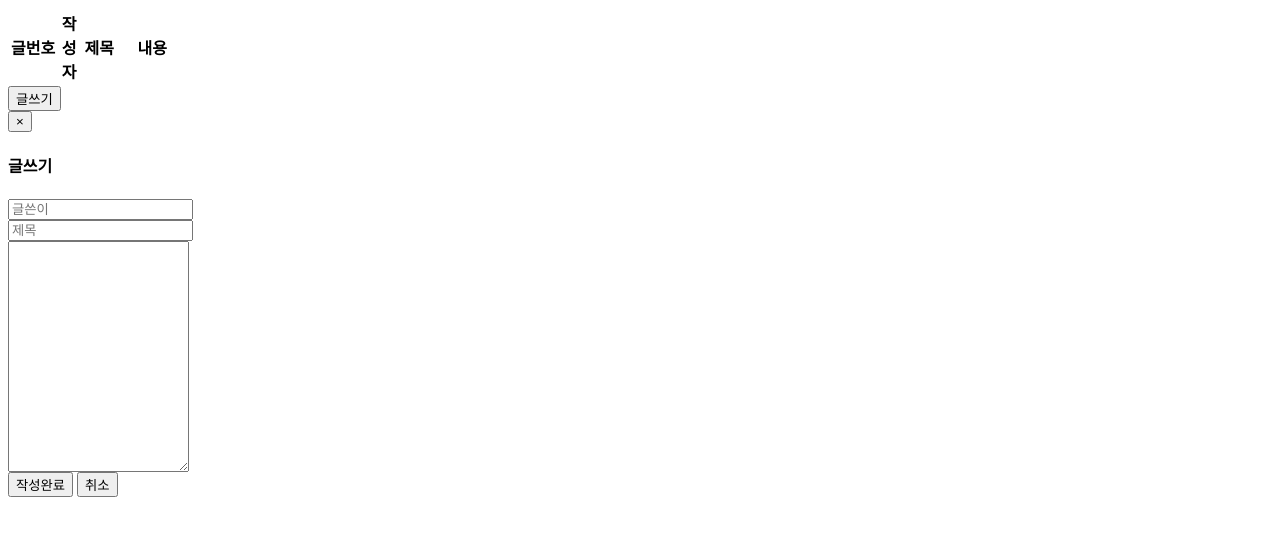
Repository: jjjikolpp/Developer
Page: http://localhost/myProject/include_normal_board.jsp
The author's editor kept a copy of each file at every save. The page is drawn from the files as they stood at one save, then again after the next save.
The browser window is 1280 px wide. The pictures show the whole page.
The page is served by Tomcat 9. Nobody is signed in. The application's start-up code is not run. Other server files are loaded and not shown.

Above is the page before, as saved 2017-04-13 08:39:27.
Console error: ReferenceError: $ is not defined

### myProject/src/main/webapp/include_normal_board.jsp
<%@ page language="java" contentType="text/html; charset=UTF-8"
	pageEncoding="UTF-8"%>
<!DOCTYPE html PUBLIC "-//W3C//DTD HTML 4.01 Transitional//EN" "http://www.w3.org/TR/html4/loose.dtd">
<html>
<head>
<meta http-equiv="Content-Type" content="text/html; charset=UTF-8">
<title>Insert title here</title>
</head>
<script type="text/javascript">
	var title;
	var writer;
	var context;
	var nno;
	var pageNo = 1;
	var pageNum = 0;
	var state;
	//$(document).ready(normalViewAll());
	$(document).ready(count(1));

	function count(pageNo){

		console.log(pageNo);
		$.ajax({

			type : "get",
			url : "normal_count",
			dataType : "json",
			data : {pageNo : pageNo},
			success : function(data) {
				pageNum = data.count;
				console.log("count : " + data.count);
			},
			error : function(error) {
				console.log("normal_count err");
			}
		});
		setTimeout( () => {
		normalViewAll(pageNo);

		}, 10);
	}

	function normalViewAll(pageNo) {
		$("#jsonId").empty();


		$.ajax({

			type : "get",
			url : "normal",
			dataType : "json",
			data : {pageNo : pageNo},
			success : function(jsonData) {
				//console.log("data loding success");
				var str = "";
				var list = jsonData.datas;
				//console.log(list.length);
				//$("#jsonId").empty();
				$(list).each(
						function(index, objArr) {
							var splitid = this.n_context.substring(0,3);
							//console.log(splitid);

							str += '<tr>';
							str += '<td size="5">' + this.n_no + '</td>';
							str += '<td size="5">' + this.n_writer + '</td>';
							str += '<td size="10">' + this.n_title + '</td>';
							str += '<td>' + '<a href="#" onclick="selectShow('
									+ this.n_no + ')">' + splitid
									+ '<a>' + '</td>';
							str += '</tr>';
						});
				$("#jsonId").append(str) // 게시물
				// paging
				str = "";
				for (var a = 1; a <= pageNum; a++) {
					if (a  == pageNo) {

						str += a + "&nbsp";
					}else{
						str += '<a href="#" onclick="count('+ a + ')">' + a + '</a>' + '&nbsp';
					}
				}

				// 중
				$("#jsonId").append(str);

			},
			error : function() {
				console.log("normal_board_error");
			}

		});
	}

	function insertOk() { //작업중  //
		writer = $("#insertWriter").val();
		title = $("#insertTitle").val();
		context = $("#insertText").val();
		var formData = [ writer, title, context ];

		//
		console.log('insert 동작중');

		$.ajax({
			url : 'insertOk',
			dataType : 'json',
			type : 'POST',
			data : {
				writer : writer,
				title : title,
				context : context
			},
			success : function(stateData) {
				console.log(stateData);
				$("#jsonId").empty();
				normalViewAll("1");
			},
			error : function(error) {
				console.log(error);
			},
		});
		console.log('insert 동작 완료');

	}

	function selectShow(n_no) {
		$
				.ajax({
					url : 'selectNormal',
					dataType : 'json',
					type : 'GET',
					data : {
						n_no : n_no
					},
					success : function(jsonData) {
						nno = n_no;

						title = jsonData.n_title;
						writer = jsonData.n_writer;
						context = jsonData.n_context;
						var y = [ n_no, title, writer, context ];

						var str = "";
						str += '<button type="button" class="close" data-dismiss="modal">&times;</button>';

						str += '<div class="col-sm-9">';
						str += '<h4 class="modal-title">' + n_no + '번글</h4>'; // 1번호 작업
						str += '</div>';
						str += '<div class="col-sm-9" id="insertWriter">';
						str += '글쓴이 : ' + jsonData.n_writer;
						str += '</div></div>';

						str += '<div class="col-sm-9" id="insertTitle">';
						str += '제목 : ' + jsonData.n_title;
						str += '</div>';

						$("#modalTitle").html(str);

						str = "";
						str += '<div id="updateContext">'+jsonData.n_context+'</div>';

						$("#modalBody").html(str);

						str = "";

						str += '<button type="button" onclick="updateGo('
								+ n_no + ')"';
						str += 'class="btn btn-default">수정하러 가기</button>';
						str += '<button type="button" onclick="deleteGo('
								+ n_no + ')"';
						str += 'class="btn btn-default" data-dismiss="modal">글삭제</button>';

						str += '<button type="button" class="btn btn-default" data-dismiss="modal">취소</button>';

						$("#modalFooter").html(str);

						//modal을 띄워준다.

						$("#myModal").modal('show');

					},
					error : function(error) {
						console.log(error);
					},
				});

	}

	function updateGo(n_no) {
		state = 2;
		str = "";

		str += '<button type="button" class="close" data-dismiss="modal">&times;</button>';
		str += '<h4 class="modal-title">' + n_no + '번글 수정하기</h4>';
		str += '<div class="col-sm-3">';
		str += '<input class="form-control" id="insertWriter" name="name" type="text" placeholder="'+writer+'" value="'+writer+'" >';
		str += '</div>';
		str += '<div class="col-sm-9"><input type="text" class="form-control" id="insertTitle" placeholder="'+title+'" value="'+title+'"></div>';

		$("#modalTitle").html(str);

		str = "";

		str += '<textarea class="form-control" rows="15" id="insertText">'
				+ context + '</textarea>';

		$("#modalBody").html(str);

		str = '<button type="button" onclick="insertCheck('+state+');" class="btn btn-default" data-dismiss="modal">수정하기</button> <button type="button" class="btn btn-default" data-dismiss="modal">취소</button>';

		$("#modalFooter").html(str);
	}

	function updateOk() {
		title = $("#insertTitle").val();
		writer = $("#insertWriter").val();
		context = $("#insertText").val();
		console.log("title : " + title + ", writer : " + writer + ", context : " + context)

		$.ajax({
			url : 'updateOk',
			dataType : 'json',
			type : 'POST',
			data : {
				n_no : nno,
				title : title,
				writer : writer,
				context : context
			},
			success : function(data) {
				if (data.state == "UpdateCheckOk") {
					console.log("update 완료");
					$("#jsonId").empty();
					normalViewAll(1);
				} else if (data.state == "UpdateCheckNo") {
					console.log("update 실패")
				} else {
					console.log("updateOk() err")
				}
			},
			error : function(error) {

			}
		});

	};

	function deleteGo(n_no) {
		$.ajax({
			url : "deleteGo",
			method : "get",
			data : {
				n_no : n_no
			},
			dataType : "json",
			success : function(data) {
				if (data.state = "DeleteOk") {
					console.log("삭제 완료")
				} else if (data.state = "DeleteNo") {
					console.log("삭제 실패")
				} else {
					console.log("DeleteGo Controller err")
				}
			},
			error : function(error) {
				console.log("deleteGo err : " + error)
			}
		});
		$("#jsonId").empty();
		setTimeout("normalViewAll()", 30);

	}

	function getTextLength(str) { // 문자열 길이
        var len = 0;
        for (var i = 0; i < str.length; i++) {
            if (escape(str.charAt(i)).length == 6) {
                len++;
            }
            len++;
        }
        return len;
    }


	function insertCheck(state) { // 여기하는중
		//alert(getTextLength($("#insertWriter").val()));
		if ($.trim($("#insertWriter").val()) == "") {
			str = "";

			str += '<button type="button" class="close" data-dismiss="modal">&times;</button>';
			str += '<h4 class="modal-title">글쓰기</h4>';
			str += '<div class="col-sm-3 has-error">';
			str += '<input class="form-control" id="insertWriter" name="name" type="text" placeholder="글쓴이">';
			str += '<span class="glyphicon glyphicon-remove form-control-feedback"></span>';
			str += '</div>';
			str += '<div class="col-sm-9">';
			str += '<input type="text" class="form-control" id="insertTitle" placeholder="제목">';
			str += '</div>';

			$("#modalTitle").html(str);

			$('#myModal').modal({
				remote : 'modal.html'
			});

		} else if ($.trim($("#insertTitle").val()) == "") {
			var writer = $("#insertWriter").val();

			str = "";

			str += '<button type="button" class="close" data-dismiss="modal">&times;</button>';
			str += '<h4 class="modal-title">글쓰기</h4>';
			str += '<div class="col-sm-3">';
			str += '<input class="form-control" id="insertWriter" name="name" type="text" placeholder="글쓴이" value="'+writer+'">';
			str += '</div>';
			str += '<div class="col-sm-9 has-error">';
			str += '<input type="text" class="form-control" id="insertTitle" placeholder="제목">';
			str += '<span class="glyphicon glyphicon-remove form-control-feedback"></span>';
			str += '</div>';

			$("#modalTitle").html(str);

			//
			$('#myModal').modal({
				remote : 'modal.html'
			});

		} else if ($.trim($("#insertText").val()) == "") {

			str = "";
			str += '<div class="has-error">';
			str += '<span class="glyphicon glyphicon-remove form-control-feedback"></span>';
			str += '<textarea class="form-control " rows="15" id="insertText" placeholder="내용이 있어야 합니다"></textarea>';

			str += '</div>';
			$("#modalBody").html(str);
			$('#myModal').modal({
				remote : 'modal.html'
			});

		} else {
			if (state == 1) {
				insertOk();

			}else if (state == 2){
				updateOk();
			}else {
				alert("insert / update Check err")
				return;
			}
			$('#myModal').modal('hide');
		}
	}

	function writeView() {
		state = "1";
		var str = "";

		str += '<button type="button" class="close" data-dismiss="modal">&times;</button>';
		str += '<h4 class="modal-title">글쓰기</h4>';
		str += '<div class="col-sm-3">';
		str += '<input class="form-control" id="insertWriter" name="name" type="text" placeholder="글쓴이">';
		str += '</div>';
		str += '<div class="col-sm-9">';
		str += '<input type="text" class="form-control" id="insertTitle" placeholder="제목">';
		str += '</div>';

		$("#modalTitle").html(str);

		str = "";

		str += '<textarea class="form-control " rows="15" id="insertText"></textarea>';

		//
		$("#modalBody").html(str);

		str = "";

		str += '<button type="button" onclick="insertCheck('+state+')" class="btn btn-default" >작성완료</button>';
		str += '<button type="button" class="btn btn-default" data-dismiss="modal">취소</button>';

		str += '</div>';

		$("#modalFooter").html(str);
		$("#myModal").modal('show');

	}
</script>
<body>
	<div class="container bg-3">
		<table class="table">
			<thead>
				<tr>
					<th>글번호</th>
					<th width="20">작성자</th>
					<th width="20%">제목</th>
					<th width="40%">내용</th>
				</tr>
			</thead>
			<tbody id="jsonId">


			</tbody>

		</table>

		<!-- Trigger the modal with a button -->
		<button type="button" class="btn btn-default" onclick="writeView()">글쓰기</button>

		<!-- Modal -->
		<div id="myModal" class="modal fade" role="dialog">
			<div class="modal-dialog">

				<!-- Modal content-->
				<div class="modal-content">
					<div class="modal-header" id="modalTitle">
						<button type="button" class="close" data-dismiss="modal">&times;</button>
						<h4 class="modal-title">글쓰기</h4>
						<div class="col-sm-3">
							<input class="form-control" id="insertWriter" name="name"
								type="text" placeholder="글쓴이">
						</div>
						<div class="col-sm-9">
							<input type="text" class="form-control" id="insertTitle"
								placeholder="제목">
						</div>
					</div>
					<div class="modal-body" id="modalBody">
						<textarea class="form-control" rows="15" id="insertText"></textarea>
					</div>
					<div class="modal-footer" id="modalFooter">
						<button type="button" onclick="insertOk();"
							class="btn btn-default" data-dismiss="modal">작성완료</button>
						<button type="button" class="btn btn-default" data-dismiss="modal">취소</button>
					</div>
				</div>

			</div>
		</div>




	</div>
	<script type="text/javascript">

	</script>


</body>
</html>

After the next save:
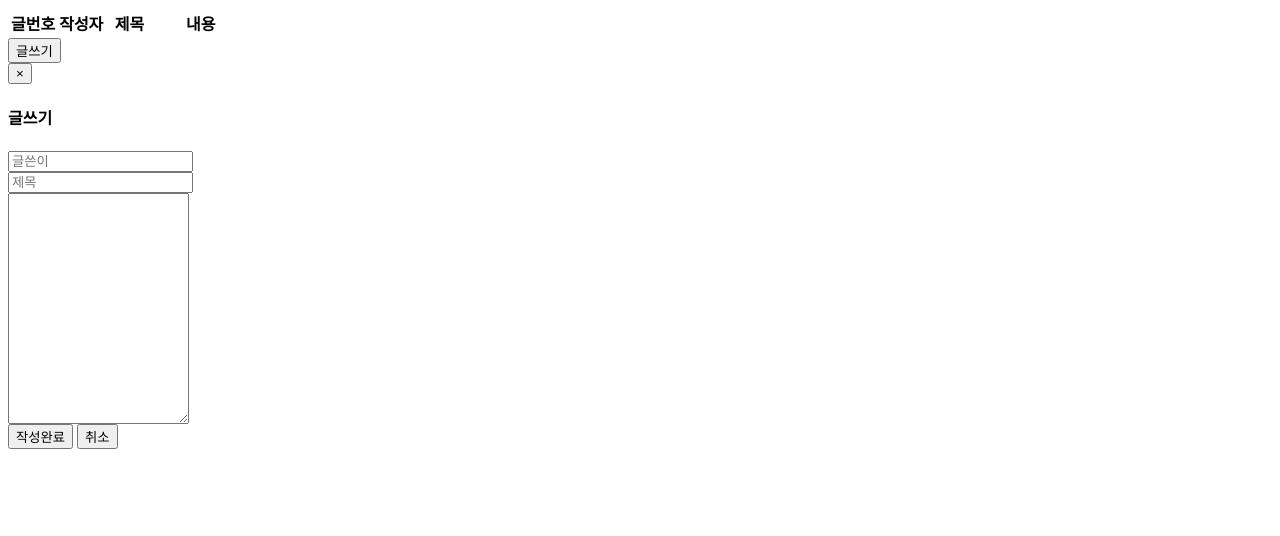
Saved 2 min 33 s later.
--- a/myProject/src/main/webapp/include_normal_board.jsp
+++ b/myProject/src/main/webapp/include_normal_board.jsp
@@ -394,7 +394,7 @@
 			<thead>
 				<tr>
 					<th>글번호</th>
-					<th width="20">작성자</th>
+					<th width="20%">작성자</th>
 					<th width="20%">제목</th>
 					<th width="40%">내용</th>
 				</tr>
